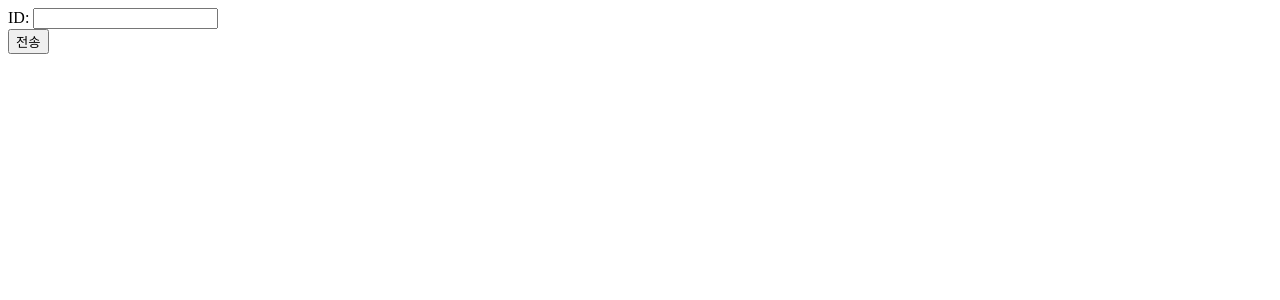
Repository: hrk09/JSPServlet
Page: edu/WebContent/formTest.html
These files come from the project's save history. The page is drawn as it stood at one moment and after the next save; the edit follows.
The browser window is 1280 px wide. The pictures show the whole page.

Above is the page before, as saved 2022-06-28 01:44:58.

### edu/WebContent/formTest.html
<!DOCTYPE html>
<html>
<head>
<meta charset="UTF-8">
<title>FormTest</title>
</head>
<body>
	<form action="" method="GET">
		ID: <input type="text" name="id">	<br>

		<input type="submit" value="전송"> <!-- submit: form에서 받은 정보 전달하는 역할 -->
	</form>
</body>
</html>

After the next save:
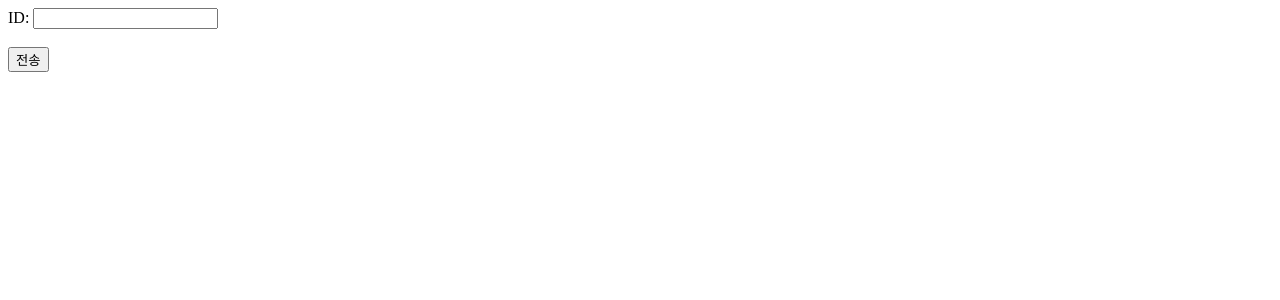
Saved 16 min 47 s later.
--- a/edu/WebContent/formTest.html
+++ b/edu/WebContent/formTest.html
@@ -6,7 +6,7 @@
 </head>
 <body>
 	<form action="" method="GET">
-		ID: <input type="text" name="id">	<br>
+		ID: <input type="text" name="id">	<br><br>
 
 		<input type="submit" value="전송"> <!-- submit: form에서 받은 정보 전달하는 역할 -->
 	</form>

After the save that followed:
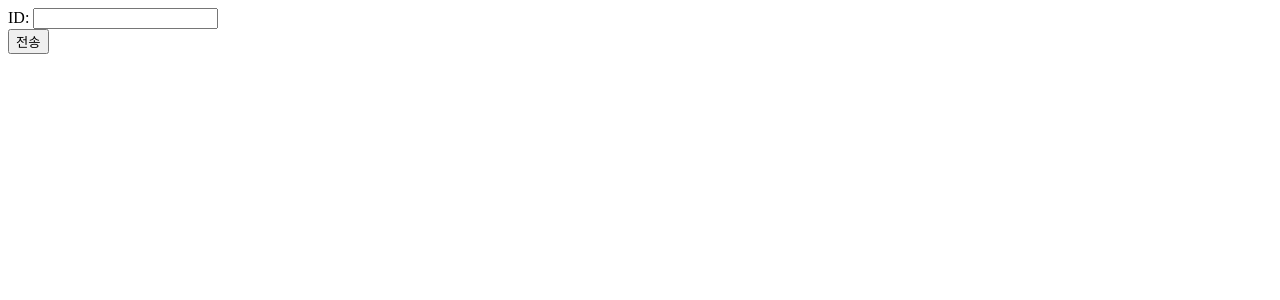
Saved 2 min 13 s later.
--- a/edu/WebContent/formTest.html
+++ b/edu/WebContent/formTest.html
@@ -6,7 +6,7 @@
 </head>
 <body>
 	<form action="" method="GET">
-		ID: <input type="text" name="id">	<br><br>
+		ID: <input type="text" name="id">	<br>
 
 		<input type="submit" value="전송"> <!-- submit: form에서 받은 정보 전달하는 역할 -->
 	</form>
